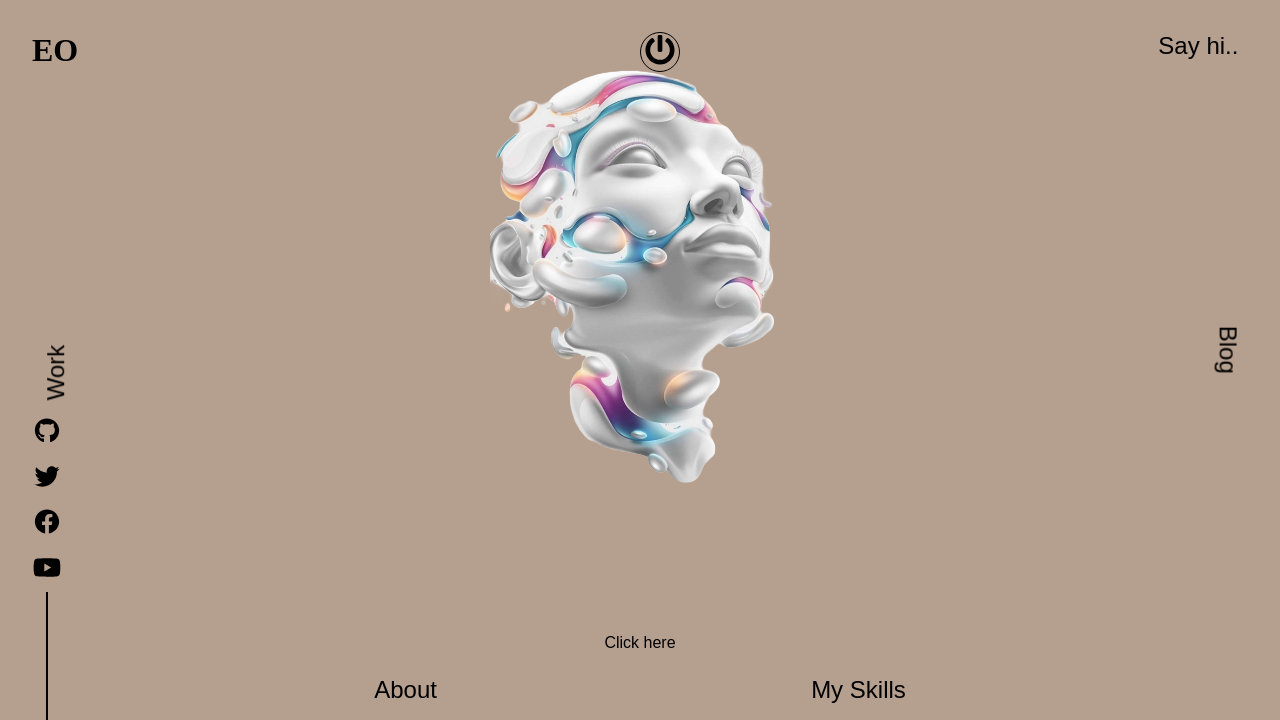
Repository: Deonorla/deon-dev
Page: /main
These files come from the project's save history. The page is drawn as it stood at one moment and after the next save; the edit follows.
The browser window is 1280 px wide. The pictures show the whole page.
The project was rebuilt for these pictures with package versions that can differ from the ones it lists, and the page was loaded fresh each time. The framework's server and built-in components were replaced by stand-ins that run in the browser. Also part of the build but not shown: next.config.ts.

Above is the page before, as saved 2025-05-28 22:37:46.

After the next save:
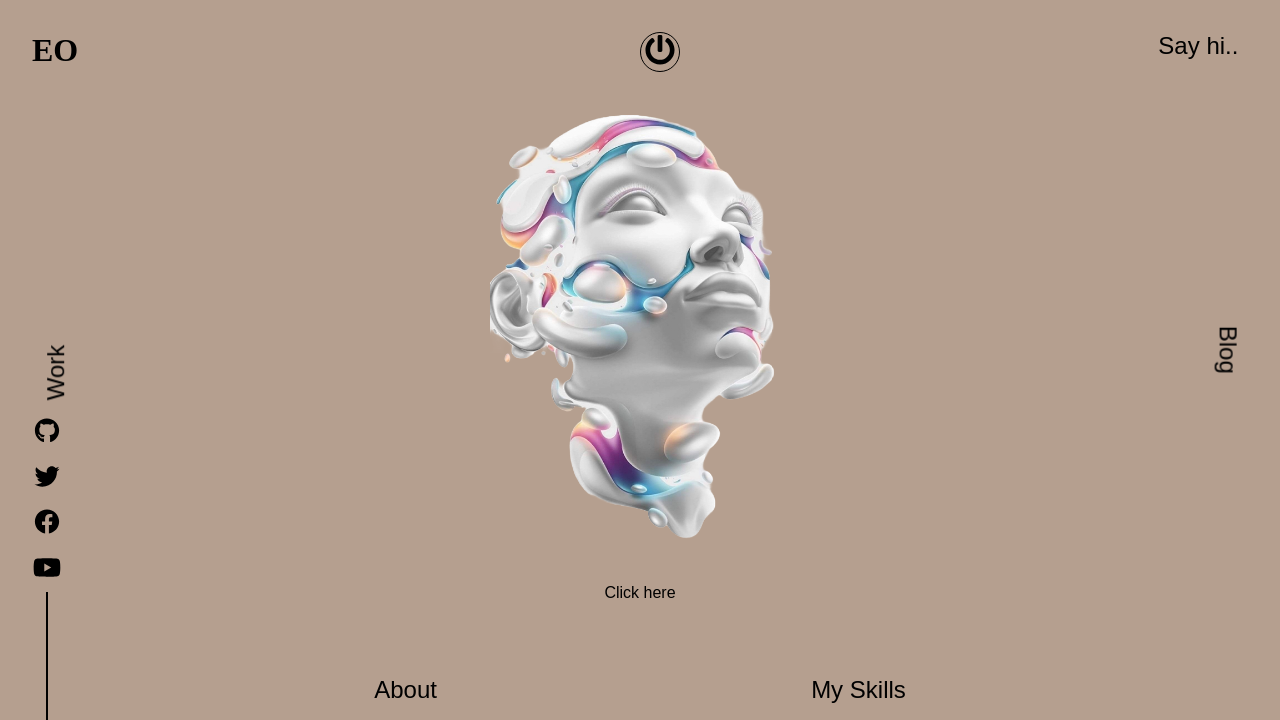
Saved 3 min 29 s later.
--- a/src/app/main/page.tsx
+++ b/src/app/main/page.tsx
@@ -129,19 +129,15 @@
   transition: height 0.5s ease, width 1s ease 0.5s;
 `;
 
-const ImageWrapper = styled.div`
+const ImageWrapper = styled.div<{ click: boolean }>`
   position: relative;
-  width: 100%;
-  height: 300px;
+  width: ${({ click }) => (click ? "100px" : "300px")};
+  height: ${({ click }) => (click ? "150px" : "450px")};
+  transition: all 0.3s ease;
 
-  @media (max-width: 480px) {
-    height: 21.875rem;
-    width: 15.625rem;
-  }
-
-  @media (min-width: 1024px) {
-    height: 550px;
-    width: 400px;
+  @media (max-width: 768px) {
+    width: ${({ click }) => (click ? "80px" : "200px")};
+    height: ${({ click }) => (click ? "120px" : "300px")};
   }
 `;
 
@@ -156,13 +152,14 @@
         <LogoComponent theme={click ? "brown" : "light"} />
         <Socials theme={click ? "brown" : "light"} />
         <Center click={click}>
-          <ImageWrapper>
+          <ImageWrapper click={click} onClick={handleClick}>
             <Image
               onClick={() => handleClick()}
               src="/images/head.png"
               alt="Deon Oluleye"
-              width={click ? 100 : 300}
-              height={click ? 150 : 450}
+              fill
+              style={{ objectFit: "cover", cursor: "pointer" }}
+              priority
             />
           </ImageWrapper>
           <span>Click here</span>
